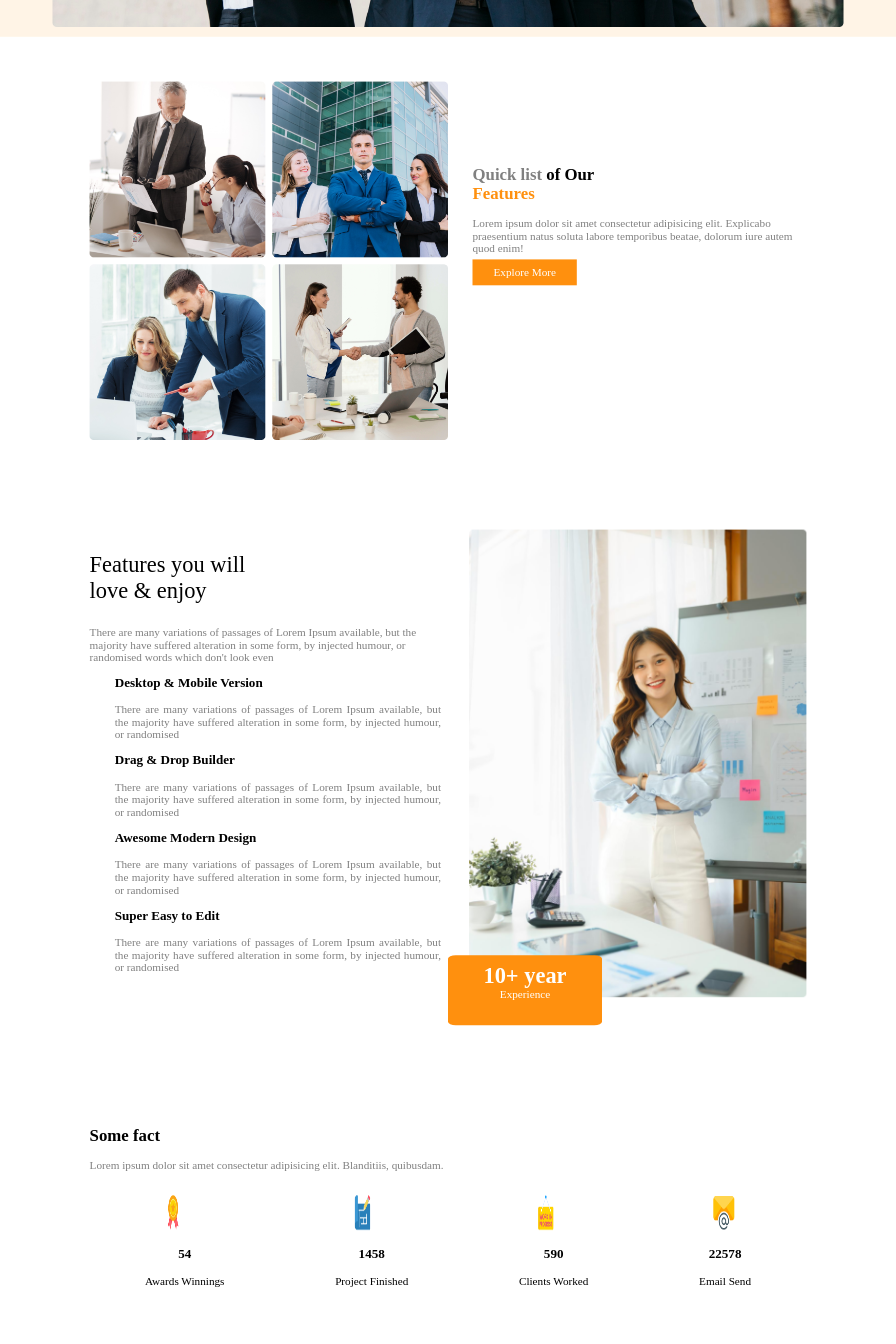
Repository: sadiaafsana138/Architect
Page: index.html
An editor plug-in stored every save of this project. The page is shown before and after the next save, followed by the edit.
The browser window is 1280 px wide. The pictures show the part of the page from y = 961 to 2881 px (the page is 2881 px tall before and 2877 px after), at 70% of full size.

Above is the page before, as saved 2023-01-16 18:15:15.

After the next save:
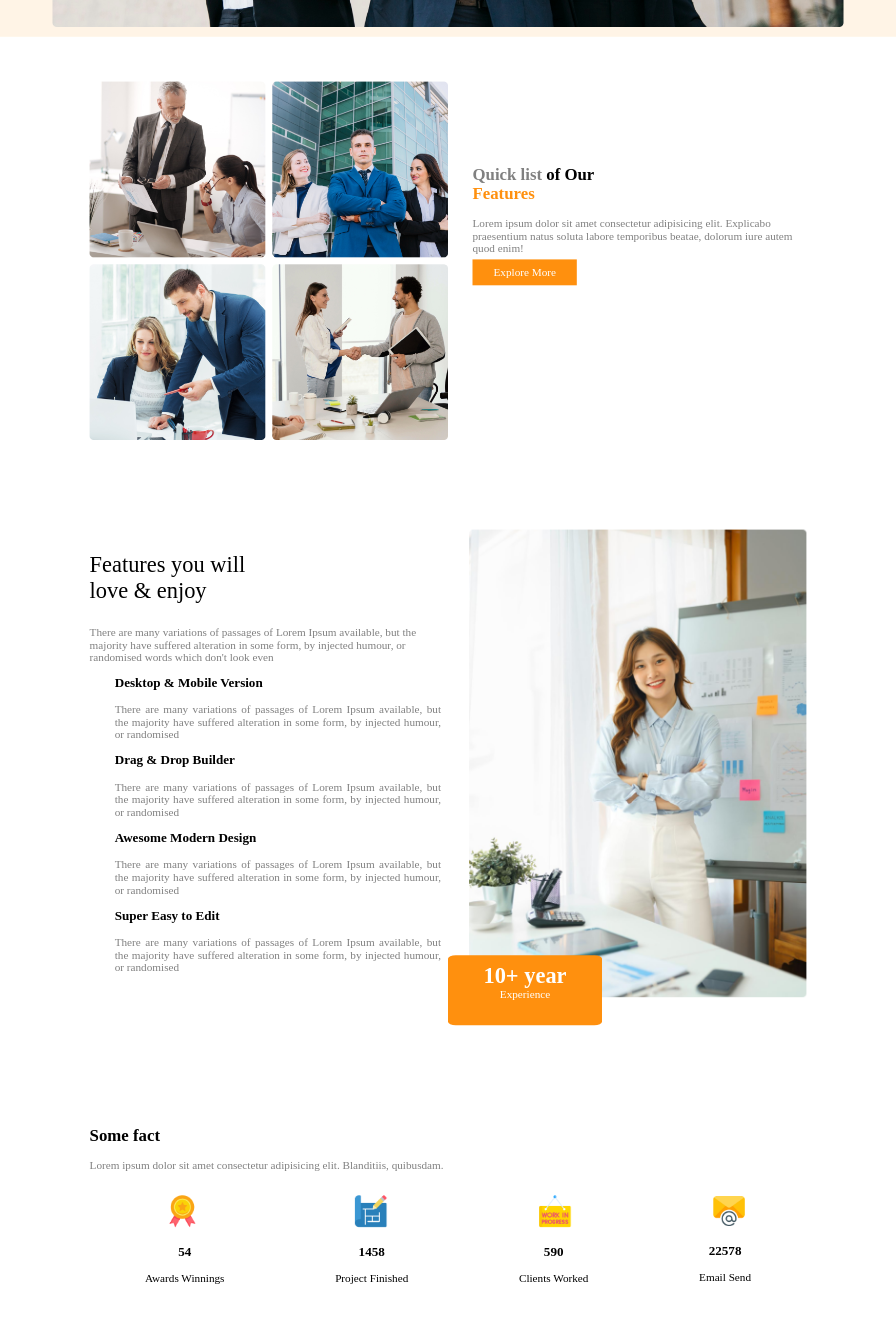
Saved 69 s later.
--- a/style.css
+++ b/style.css
@@ -221,15 +221,14 @@
 #sec4items{
   display: flex;
   justify-content: space-around;
-
+  border: #ff900e;
+  border-width: 10px ;
 }
 .h3sec4 , .sec4text{
   text-align: center;
 }
 .sec4img{
   padding-left: 27%;
-  height: 50px;
-  width: 50px;
 }
 
 
